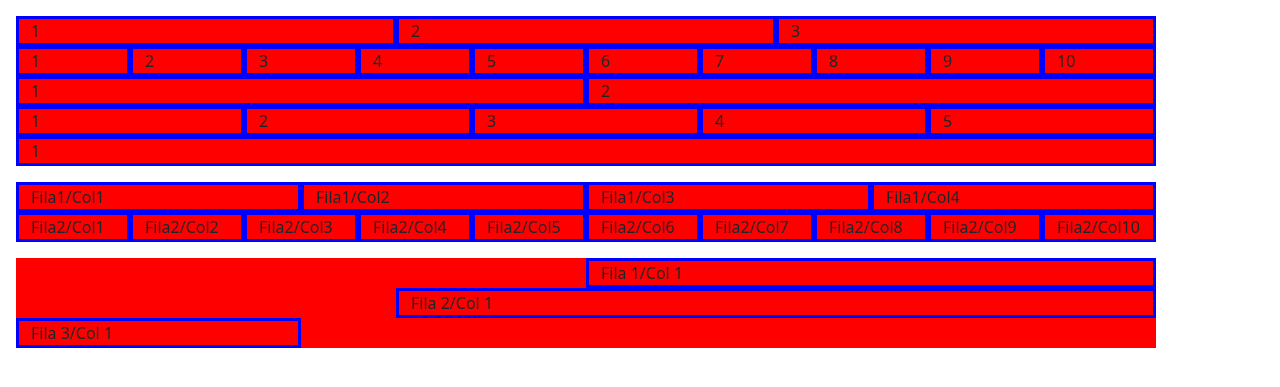
Repository: alexvl06/alexvl06.github.io
Page: index.html
The author's editor kept a copy of each file at every save. The page is drawn from the files as they stood at one save, then again after the next save.
The browser window is 1280 px wide. The pictures show the whole page.

Above is the page before, as saved 2022-07-11 08:37:24.

After the next save:
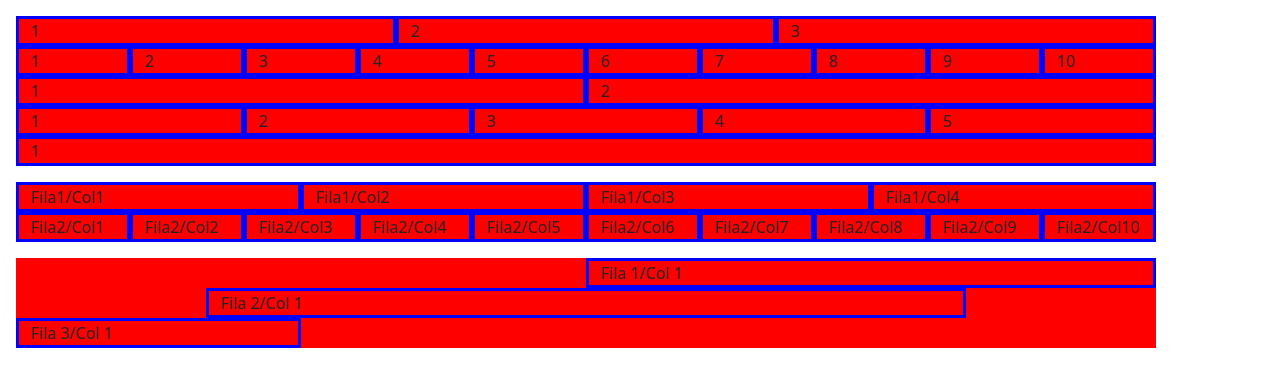
Saved 49 s later.
--- a/index.html
+++ b/index.html
@@ -72,7 +72,7 @@
         <div class="col-12 col-md-6 offset-md-6" style="border: solid blue">Fila 1/Col 1</div>
       </div>
       <div class="row">
-        <div class="col-8 offset-md-4" style="border: solid blue">Fila 2/Col 1</div>
+        <div class="col-8 offset-md-2" style="border: solid blue">Fila 2/Col 1</div>
       </div>
       <div class="row">
         <div class="col-3 offset-9 offset-md-0" style="border: solid blue">Fila 3/Col 1</div></div>
